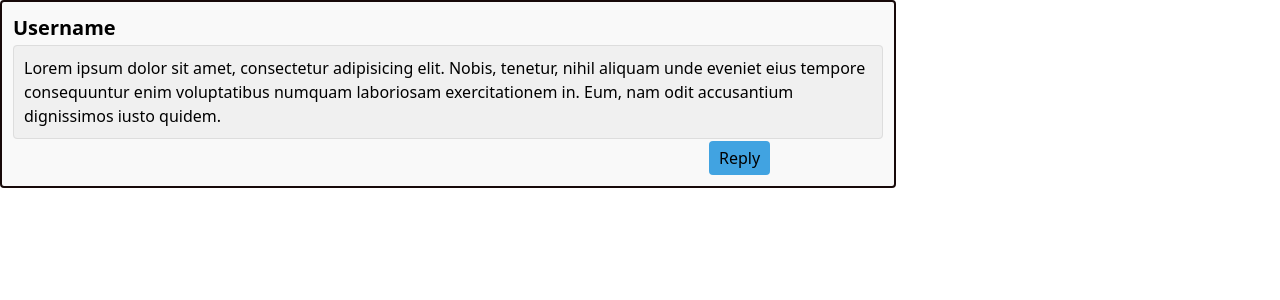
Repository: Yahya9102/Java22-ux22-Sideproject-main
Page: /
The author's editor kept a copy of each file at every save. The page is drawn from the files as they stood at one save, then again after the next save.
The browser window is 1280 px wide. The pictures show the whole page.
The project was rebuilt for these pictures with package versions that can differ from the ones it lists, and the page was loaded fresh each time. The framework's server and built-in components were replaced by stand-ins that run in the browser. Also part of the build but not shown: next.config.js.

Above is the page before, as saved 2023-04-13 10:24:31.

### pages/index.tsx
import { NextPage } from "next"
import Body from "@/p-components/body"

interface Props {}

const Index: NextPage<Props> = ({}) => {
  return (
    <div>
      <Body />
    </div>
  )
}

export default Index

### styles/globals.css
@tailwind base;
@tailwind components;
@tailwind utilities;
/*
:root {
  --max-width: 1100px;
  --border-radius: 12px;
  --font-mono: ui-monospace, Menlo, Monaco, "Cascadia Mono", "Segoe UI Mono",
    "Roboto Mono", "Oxygen Mono", "Ubuntu Monospace", "Source Code Pro",
    "Fira Mono", "Droid Sans Mono", "Courier New", monospace;

  --foreground-rgb: 0, 0, 0;
  --background-start-rgb: 214, 219, 220;
  --background-end-rgb: 255, 255, 255;

  --primary-glow: conic-gradient(
    from 180deg at 50% 50%,
    #16abff33 0deg,
    #0885ff33 55deg,
    #54d6ff33 120deg,
    #0071ff33 160deg,
    transparent 360deg
  );
  --secondary-glow: radial-gradient(
    rgba(255, 255, 255, 1),
    rgba(255, 255, 255, 0)
  );

  --tile-start-rgb: 239, 245, 249;
  --tile-end-rgb: 228, 232, 233;
  --tile-border: conic-gradient(
    #00000080,
    #00000040,
    #00000030,
    #00000020,
    #00000010,
    #00000010,
    #00000080
  );

  --callout-rgb: 238, 240, 241;
  --callout-border-rgb: 172, 175, 176;
  --card-rgb: 180, 185, 188;
  --card-border-rgb: 131, 134, 135;
}

@media (prefers-color-scheme: dark) {
  :root {
    --foreground-rgb: 255, 255, 255;
    --background-start-rgb: 0, 0, 0;
    --background-end-rgb: 0, 0, 0;

    --primary-glow: radial-gradient(rgba(1, 65, 255, 0.4), rgba(1, 65, 255, 0));
    --secondary-glow: linear-gradient(
      to bottom right,
      rgba(1, 65, 255, 0),
      rgba(1, 65, 255, 0),
      rgba(1, 65, 255, 0.3)
    );

    --tile-start-rgb: 2, 13, 46;
    --tile-end-rgb: 2, 5, 19;
    --tile-border: conic-gradient(
      #ffffff80,
      #ffffff40,
      #ffffff30,
      #ffffff20,
      #ffffff10,
      #ffffff10,
      #ffffff80
    );

    --callout-rgb: 20, 20, 20;
    --callout-border-rgb: 108, 108, 108;
    --card-rgb: 100, 100, 100;
    --card-border-rgb: 200, 200, 200;
  }
}

* {
  box-sizing: border-box;
  padding: 0;
  margin: 0;
}

html,
body {
  max-width: 100vw;
  overflow-x: hidden;
}

body {
  color: rgb(var(--foreground-rgb));
  background: linear-gradient(
      to bottom,
      transparent,
      rgb(var(--background-end-rgb))
    )
    rgb(var(--background-start-rgb));
}

a {
  color: inherit;
  text-decoration: none;
}

@media (prefers-color-scheme: dark) {
  html {
    color-scheme: dark;
  }
}
*/

### p-components/body.tsx
import { NextPage } from "next"
import styles from "p-components/styles/body.module.css"

interface Props {}

const Body: NextPage<Props> = ({}) => {
  return (
    <fieldset className={styles.fieldset_body}>
      <table>
        <thead>
          <tr>
            <th className={styles.tableHeader_body}>Username</th>
          </tr>
        </thead>

        <tbody>
          <tr>
            <td>
              <fieldset className={styles.fieldset_row}>
                <p>
                  Lorem ipsum dolor sit amet, consectetur adipisicing elit.
                  Nobis, tenetur, nihil aliquam unde eveniet eius tempore
                  consequuntur enim voluptatibus numquam laboriosam
                  exercitationem in. Eum, nam odit accusantium dignissimos iusto
                  quidem.
                </p>
              </fieldset>
            </td>
          </tr>

          <tr>
            <td>
              <button className={styles.table_button}>Reply</button>
            </td>
          </tr>
        </tbody>
      </table>
    </fieldset>
  )
}

export default Body

### p-components/styles/body.module.css
/* Add a background color and border to the fieldset */
.fieldset_body {
  background-color: #f9f9f9;
  border: 2px solid rgb(23, 9, 9);
  border-radius: 4px;
  padding: 10px;
  width: 70%;
}

.table_button {
  background-color: #41a3e1;
  border-radius: 4px;
  padding: 5px 10px;
  margin-left: 80%;
}

.fieldset_row {
  background-color: #f0f0f0;
  border: 1px solid #ddd;
  border-radius: 4px;
  padding: 10px;
}

.tableHeader_body {
  font-size: 20px;
  text-align: left;
}

Loaded but not shown: pages/_app.tsx (common file); pages/_document.tsx (common file); tailwind.config.js (common file)

After the next save:
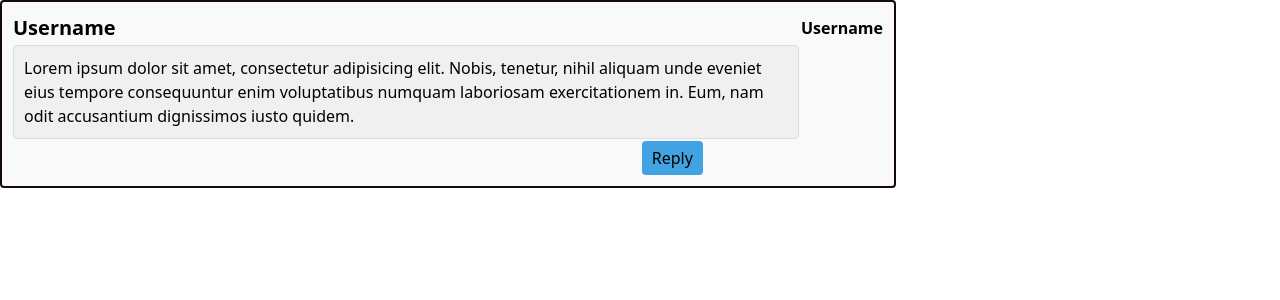
Saved 35 s later.
--- a/p-components/body.tsx
+++ b/p-components/body.tsx
@@ -10,6 +10,7 @@
         <thead>
           <tr>
             <th className={styles.tableHeader_body}>Username</th>
+            <th className={styles.tableHeader_options}>Username</th>
           </tr>
         </thead>
 

After the save that followed:
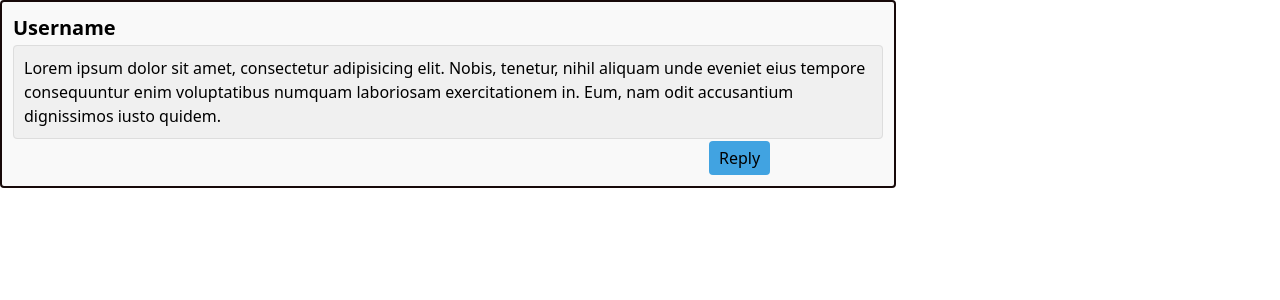
Saved 9 s later.
--- a/p-components/body.tsx
+++ b/p-components/body.tsx
@@ -10,7 +10,6 @@
         <thead>
           <tr>
             <th className={styles.tableHeader_body}>Username</th>
-            <th className={styles.tableHeader_options}>Username</th>
           </tr>
         </thead>
 
